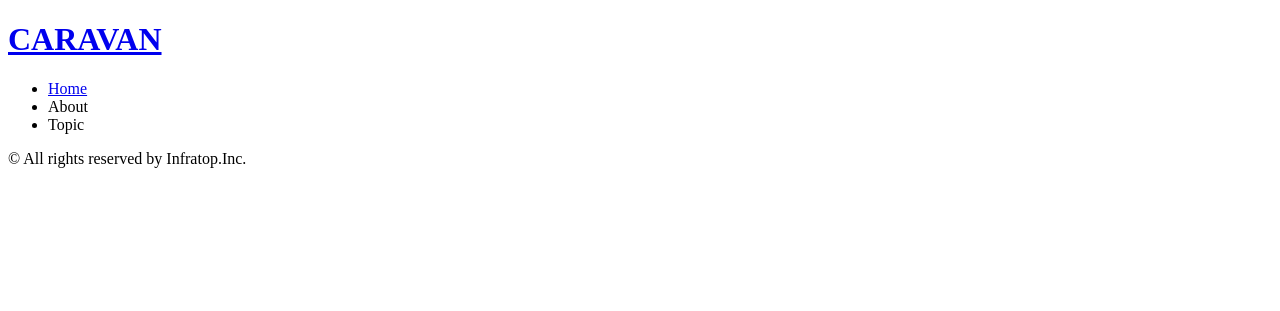
Repository: Yuya0829/Re_Study
Page: caravan/index.html
The author's editor kept a record of every edit. The page is drawn from the files as they stood at one moment, then again after the next edit.
The browser window is 1280 px wide. The pictures show the whole page.

Above is the page before.

### caravan/index.html
<!DOCTYPE html>
<html lang="ja">
  <head>
    <meta charset="UTF-8" />
    <!-- CSSファイルの読み込み -->
    <link rel="stylesheet" href="style.css" />
    <title>CARAVAN</title>
  </head>

  <body>
    <!-- header -->
    <header>
      <h1 class="heading">
       <a href="index.html">
        CARAVAN
       </a>
      </h1>
    </header>

    <!-- navigation -->
    <nav>
      <ul class="nav-list">
        <li class="nav-list-item">
          <a href="index.html">Home</a>
        </li>
        <li class="nav-list-item">About</li>
        <li class="nav-list-item">Topic</li>
      </ul>
    </nav>

     <!-- main-visual用のdiv -->
    <div class="main-visual">
      <div class="main-visual-content"></div>
    </div>

     <!-- main用のdiv -->
    <div class="main">
      <div class="blog"></div>
      <div class="sidebar"></div>
    </div>

     <!-- footer -->
    <footer>
      <p class="footer-text">© All rights reserved by Infratop.Inc.</p>
    </footer>

  </body>
</html>

Loaded but not shown: sample/style.css (common file)

After the next edit:
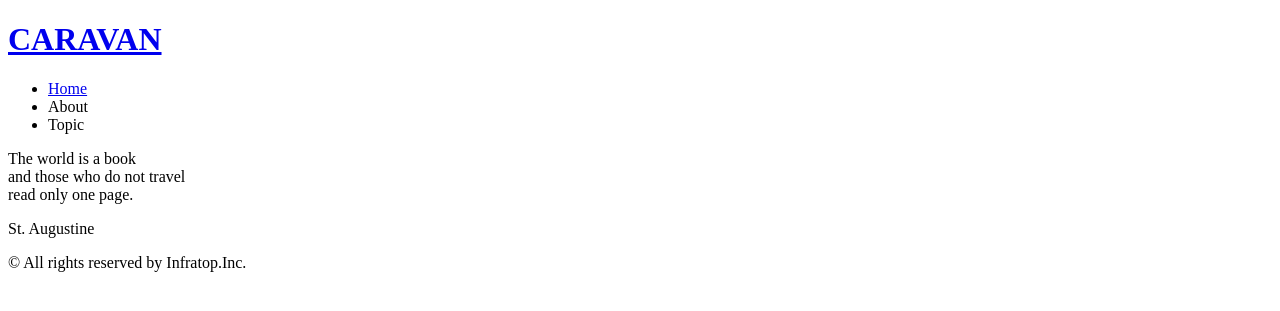
The edit:
--- a/caravan/index.html
+++ b/caravan/index.html
@@ -30,7 +30,16 @@
 
      <!-- main-visual用のdiv -->
     <div class="main-visual">
-      <div class="main-visual-content"></div>
+      <div class="main-visual-content">
+        <p class="main-visual-text">
+          The world is a book<br />
+          and those who do not travel<br />
+          read only one page.
+        </p>
+        <p class="main-visual-name">
+          St. Augustine
+        </p>
+      </div>
     </div>
 
      <!-- main用のdiv -->
